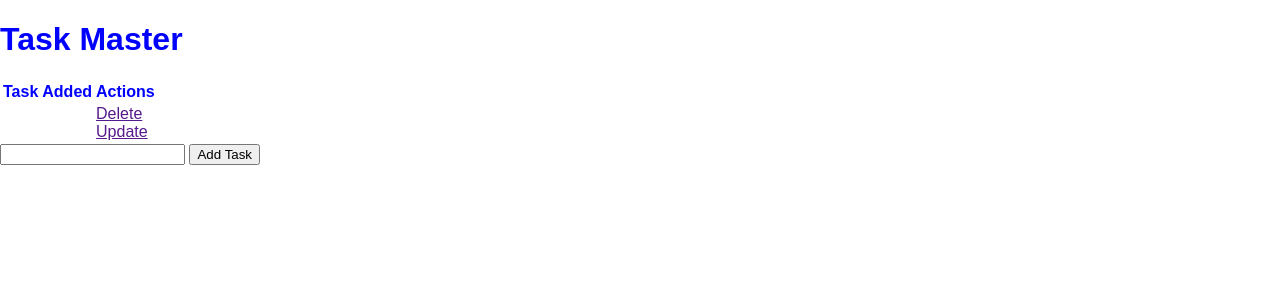
Repository: zamaniali1995/Flask-Intro
Page: http://localhost/
These files come from the project's save history. The page is drawn as it stood at one moment and after the next save; the edit follows.
The browser window is 1280 px wide. The pictures show the whole page.
The page is served by the project's application, run on Flask 3 (app.py).

Above is the page before, as saved 2021-05-12 12:44:26.

### templates/index.html
{% extends 'base.html' %} {% block head %} {% endblock %} {% block body %}
<div class="content">
    <h1>Task Master</h1>

    <table>
        <tr>
            <th>Task</th>
            <th>Added</th>
            <th>Actions</th>
        </tr>
        <tr>
            <td></td>
            <td></td>
            <td>
                <a href="">Delete</a>
                <br>
                <a href="">Update</a>
            </td>
        </tr>
    </table>

    <form action="/" method="POST">
        <input type="text" name="content" id="content">
        <input type="submit" value="Add Task">
    </form>
</div>
{% endblock %}

### templates/base.html
<!DOCTYPE html>
<html lang="en">

<head>
    <meta charset="UTF-8">
    <meta name="viewport" content="width=device-width, initial-scale=1.0">
    <link rel="stylesheet" href="{{ url_for('static', filename='css/main.css') }}"> {% block head %}{% endblock %}
</head>

<body>
    {% block body %}{% endblock %}
</body>

</html>

### app.py
from flask import Flask, render_template, url_for
from flask_sqlalchemy import SQLAlchemy
from datetime import datetime

app = Flask(__name__)
app.config['SQLALCHEMY_DATABASE_URI'] = 'sqlite:///test.db'
db = SQLAlchemy(app)


class Todo(db.Model):
    id = db.Column(db.Integer, primary_key=True)
    content = db.Column(db.String(200), nullable=False)
    date_created = db.Column(db.DateTime, default=datetime.utcnow)

    def __repr__(self):
        return '<Task %r>' % self.id
@app.route('/', methods=['POST', 'GET'])
def index():
    return render_template("index.html")

if __name__ == "__main__":
    app.run(debug=True)

### static/css/main.css
body {
    margin: 0;
    font-family: sans-serif;
    color: blue;
}

After the next save:
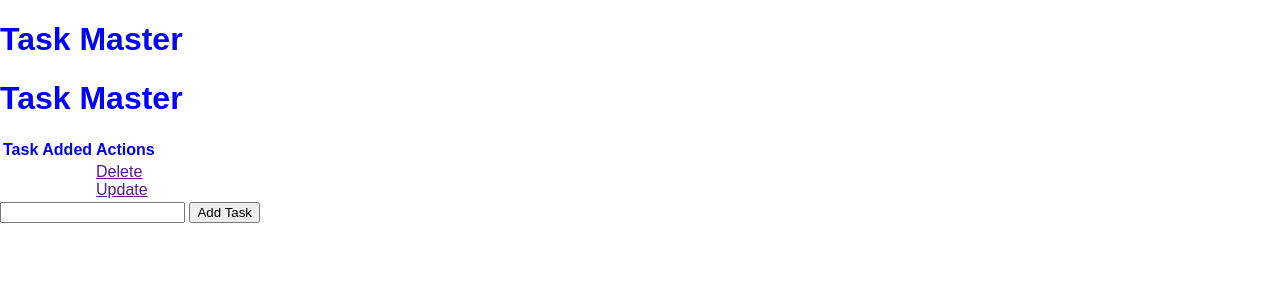
Saved 50 s later.
--- a/templates/index.html
+++ b/templates/index.html
@@ -1,4 +1,5 @@
-{% extends 'base.html' %} {% block head %} {% endblock %} {% block body %}
+{% extends 'base.html' %} {% block head %}
+<h1>Task Master</h1>{% endblock %} {% block body %}
 <div class="content">
     <h1>Task Master</h1>
 
